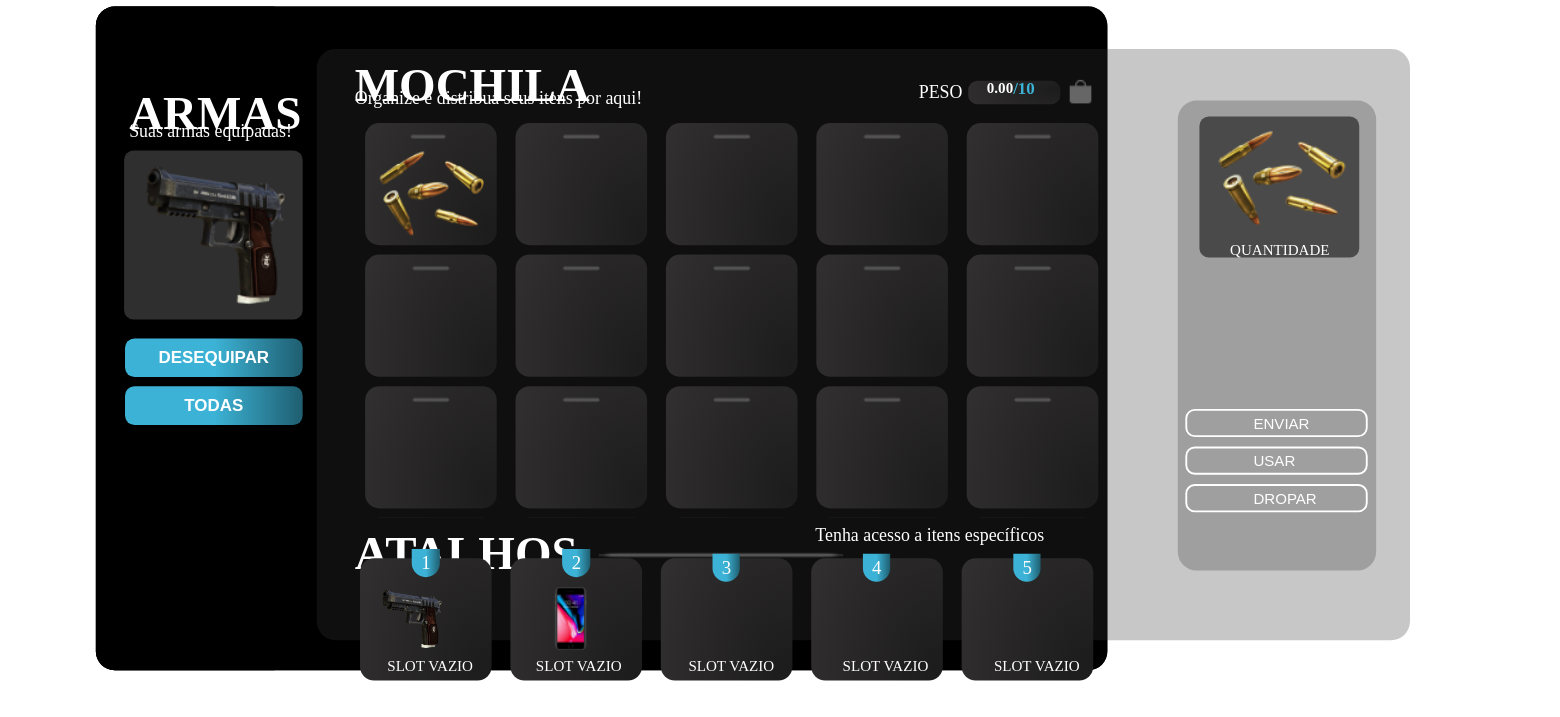
Repository: DuMCorrea/Mochila
Page: index.html
The author's editor kept a copy of each file at every save. The page is drawn from the files as they stood at one save, then again after the next save.
The browser window is 1280 px wide. The page is 1657 px wide, then 1660 px, so the pictures cover 1660 px, including what lies to the right of the window. The pictures show the whole page, at 94% of full size.
An inner scrolling area shows only its first screen. Some web fonts or font styles are not loaded; a fallback is used.

Above is the page before, as saved 2024-09-06 11:41:56.

After the next save:
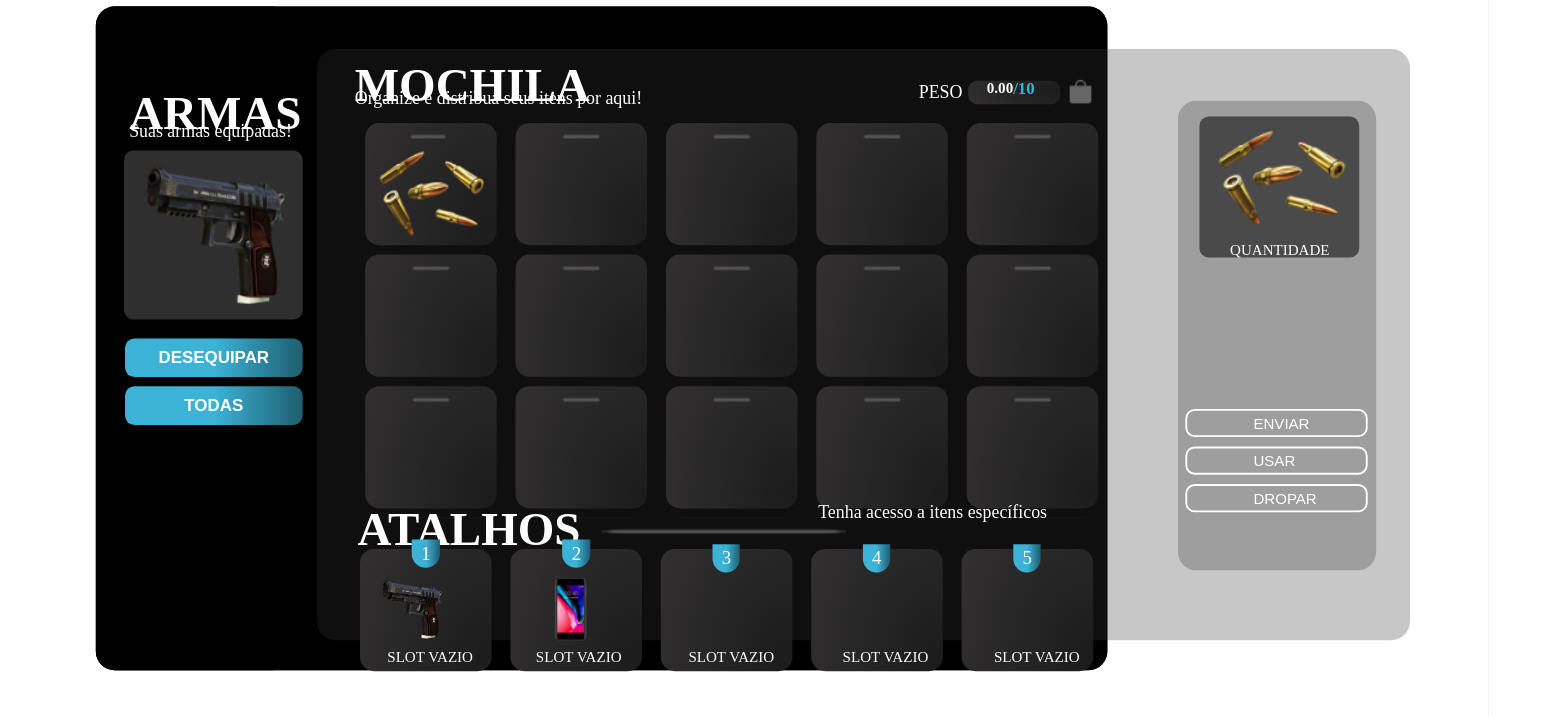
Saved 6 s later.
--- a/styles.css
+++ b/styles.css
@@ -266,7 +266,16 @@ body, html {
     bottom: 50px;
 }
 
-
+.atalhos-title-container {
+    display: flex;
+    align-items: center;
+    justify-content: flex-start;
+    position: relative;
+    right: -3px;
+    bottom: 35px;
+    margin-top: 10px;
+    margin-top: 10px; /* Adiciona espaço acima do título de atalhos */
+}
 
 .atalhos-image {
     width: 260px; /* Ajuste o tamanho da imagem conforme necessário */
